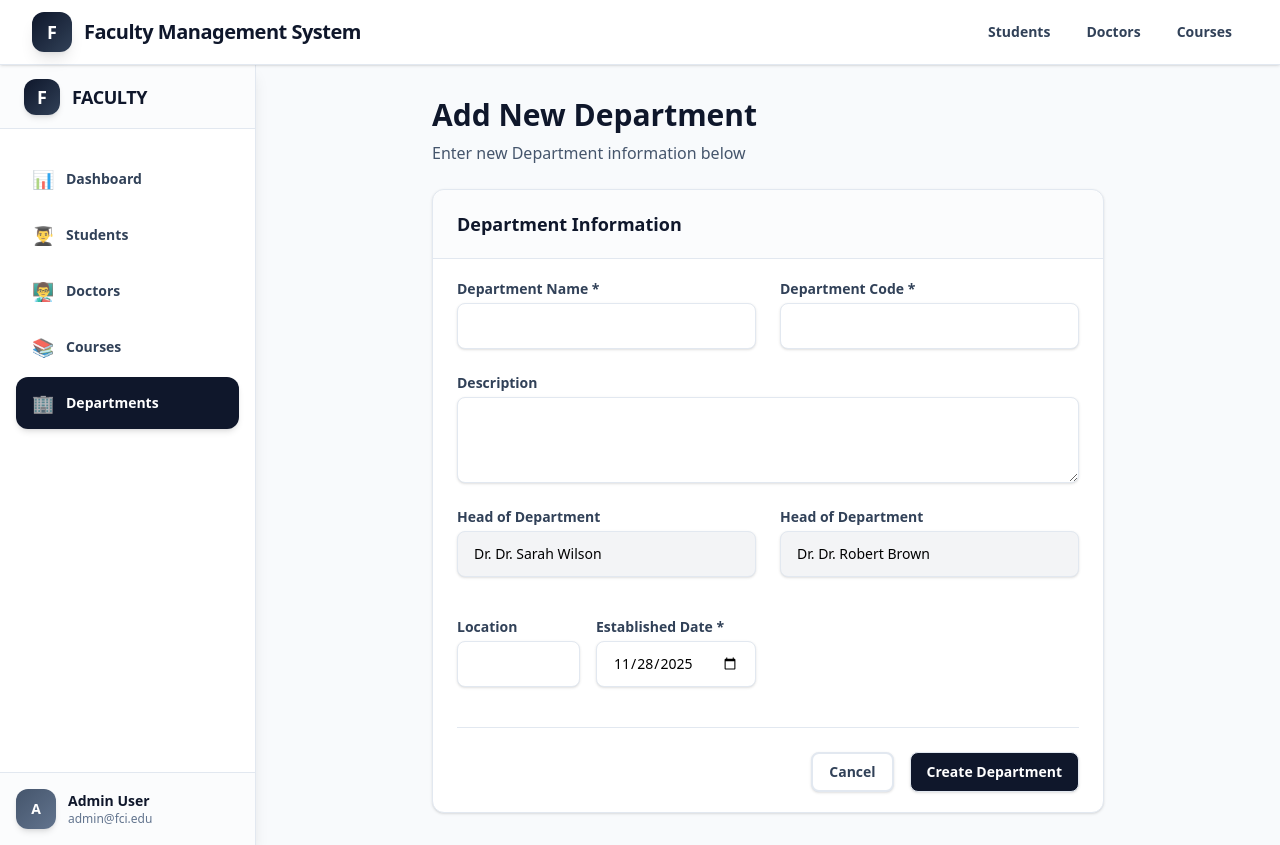
Repository: Mohamedmohsen179/Advanced-DB-Task
Page: /departments/new (app in frontend/)
These files come from the project's save history. The page is drawn as it stood at one moment and after the next save; the edit follows.
The browser window is 1280 px wide. The pictures show the whole page.
The page's requests for data from a server got no answer. The project was rebuilt for these pictures with package versions that can differ from the ones it lists, and the page was loaded fresh each time. The framework's server and built-in components were replaced by stand-ins that run in the browser. No one was signed in, and anything a server would have sent is missing. Also part of the build but not shown: frontend/next.config.ts.

Above is the page before, as saved 2025-11-29 01:32:29.

### frontend/app/layout.tsx
import type { Metadata } from "next";
import { Geist, Geist_Mono } from "next/font/google";
import "./globals.css";
import MainLayout from "../components/layout/MainLayout";

const geistSans = Geist({
  variable: "--font-geist-sans",
  subsets: ["latin"],
});

const geistMono = Geist_Mono({
  variable: "--font-geist-mono",
  subsets: ["latin"],
});

export const metadata: Metadata = {
  title: "University Management System",
  description: "A comprehensive university management system built with Next.js and TypeScript",
};

export default function RootLayout({
  children,
}: Readonly<{
  children: React.ReactNode;
}>) {
  return (
    <html lang="en">
      <body
        className={`${geistSans.variable} ${geistMono.variable} antialiased`}
      >
        <MainLayout>{children}</MainLayout>
      </body>
    </html>
  );
}

### frontend/app/departments/new/page.tsx
'use client';

import { useState, useEffect } from 'react';
import { useRouter } from 'next/navigation';
import { CreateDepartmentRequest } from '../../../types';
import { apiService } from '../../../services/api';
import { Card, CardContent, CardHeader } from '../../../components/ui/Card';
import Button from '../../../components/ui/Button';

export default function NewDepartmentPage() {
  const router = useRouter();
  const [loading, setLoading] = useState(false);
  const [error, setError] = useState<string | null>(null);
  const [doctors, setDoctors] = useState<{ id: string; firstName: string; lastName: string }[]>([]);

  const [formData, setFormData] = useState<CreateDepartmentRequest>({
    name: '',
    code: '',
    description: '',
    headOfDepartmentId: '',
    establishedDate: new Date().toISOString().split('T')[0],
    location: '',
    phoneNumber: '',
    email: '',
    website: '',
    budget: undefined,
  });

  useEffect(() => {
    loadDoctors();
  }, []);

  const loadDoctors = async () => {
    try {
      const response = await apiService.getDoctors();
      if (response.success) {
        setDoctors(response.data.map(d => ({ id: d.id, firstName: d.firstName, lastName: d.lastName })));
      }
    } catch (err) {
      console.error('Error loading doctors:', err);
    }
  };

  const handleInputChange = (e: React.ChangeEvent<HTMLInputElement | HTMLSelectElement | HTMLTextAreaElement>) => {
  };

  const handleSubmit = async (e: React.FormEvent) => {
    e.preventDefault();
    setLoading(true);
    setError(null);

    try {
      const response = await apiService.createDepartment(formData);

      if (response.success) {
        router.push('/departments');
      } else {
        setError('Failed to create the new Department');
      }
    } catch (err) {
      setError('An error occurred while creating the Department');
      console.error('Error creating Department:', err);
    } finally {
      setLoading(false);
    }
  };

  return (
    <div className="max-w-2xl mx-auto">
      <div className="mb-6">
        <h1 className="text-3xl font-bold text-slate-900">Add New Department</h1>
        <p className="mt-2 text-base text-slate-600">
          Enter new Department information below
        </p>
      </div>

      {error && (
        <div className="mb-6 bg-red-50 border border-red-200 rounded-md p-4">
          <div className="flex">
            <div className="flex-shrink-0">
              <svg className="h-5 w-5 text-red-400" viewBox="0 0 20 20" fill="currentColor">
                <path fillRule="evenodd" d="M10 18a8 8 0 100-16 8 8 0 000 16zM8.707 7.293a1 1 0 00-1.414 1.414L8.586 10l-1.293 1.293a1 1 0 101.414 1.414L10 11.414l1.293 1.293a1 1 0 001.414-1.414L11.414 10l1.293-1.293a1 1 0 00-1.414-1.414L10 8.586 8.707 7.293z" clipRule="evenodd" />
              </svg>
            </div>
            <div className="ml-3">
              <h3 className="text-sm font-medium text-red-800">Error</h3>
              <div className="mt-2 text-sm text-red-700">
                <p>{error}</p>
              </div>
            </div>
          </div>
        </div>
      )}

      <Card>
        <CardHeader>
          <h2 className="text-lg font-semibold text-slate-900">Department Information</h2>
        </CardHeader>
        <CardContent>
          <form onSubmit={handleSubmit} className="space-y-6">
            <div className="grid grid-cols-1 md:grid-cols-2 gap-6">
              <div>
                <label htmlFor="name" className="block text-sm font-semibold text-slate-700">
                  Department Name *
                </label>
                <input
                  type="text"
                  id="name"
                  name="name"
                  required
                  value={formData.name}
                  onChange={handleInputChange}
                  className="text-black mt-1 block w-full border border-slate-300 rounded-lg px-4 py-3 text-sm focus:outline-none focus:ring-2 focus:ring-slate-500 focus:border-slate-500 transition-all duration-200 bg-white shadow-sm"
                />
              </div>

              <div>
                <label htmlFor="code" className="block text-sm font-semibold text-slate-700">
                  Department Code *
                </label>
                <input
                  type="text"
                  id="code"
                  name="code"
                  required
                  value={formData.code}
                  onChange={handleInputChange}
                  className="text-black mt-1 block w-full border border-slate-300 rounded-lg px-4 py-3 text-sm focus:outline-none focus:ring-2 focus:ring-slate-500 focus:border-slate-500 transition-all duration-200 bg-white shadow-sm"
                />
              </div>

              <div className="md:col-span-2">
                <label htmlFor="description" className="block text-sm font-semibold text-slate-700">
                  Description
                </label>
                <textarea
                  id="description"
                  name="description"
                  rows={3}
                  value={formData.description}
                  onChange={handleInputChange}
                  className="text-black mt-1 block w-full border border-slate-300 rounded-lg px-4 py-3 text-sm focus:outline-none focus:ring-2 focus:ring-slate-500 focus:border-slate-500 transition-all duration-200 bg-white shadow-sm"
                />
              </div>

              {/* Head of Department - each doctor in a separate row */}
              {doctors.map((doctor) => (
                <div className="mb-4" key={doctor.id}>
                  <label className="block text-sm font-semibold text-slate-700">
                    Head of Department
                  </label>
                  <input
                    type="text"
                    readOnly
                    value={`Dr. ${doctor.firstName} ${doctor.lastName}`}
                    className="text-black mt-1 block w-full border border-slate-300 rounded-lg px-4 py-3 text-sm bg-gray-100 shadow-sm"
                  />
                </div>
              ))}

              {/* Location and Established Date on the same row */}
              <div className="flex gap-4 mb-4">
                <div className="flex-1">
                  <label htmlFor="location" className="block text-sm font-semibold text-slate-700">
                    Location
                  </label>
                  <input
                    type="text"
                    id="location"
                    name="location"
                    value={formData.location}
                    onChange={handleInputChange}
                    className="text-black mt-1 block w-full border border-slate-300 rounded-lg px-4 py-3 text-sm focus:outline-none focus:ring-2 focus:ring-slate-500 focus:border-slate-500 transition-all duration-200 bg-white shadow-sm"
                  />
                </div>

                <div className="flex-1">
                  <label htmlFor="establishedDate" className="block text-sm font-semibold text-slate-700">
                    Established Date *
                  </label>
                  <input
                    type="date"
                    id="establishedDate"
                    name="establishedDate"
                    required
                    value={formData.establishedDate}
                    onChange={handleInputChange}
                    className="text-black mt-1 block w-full border border-slate-300 rounded-lg px-4 py-3 text-sm focus:outline-none focus:ring-2 focus:ring-slate-500 focus:border-slate-500 transition-all duration-200 bg-white shadow-sm"
                  />
                </div>
              </div>

            </div>

            <div className="flex justify-end space-x-4 pt-6 border-t border-slate-200">
              <Button
                type="button"
                variant="outline"
                onClick={() => router.back()}
              >
                Cancel
              </Button>
              <Button
                type="submit"
                loading={loading}
              >
                Create Department
              </Button>
            </div>
          </form>
        </CardContent>
      </Card>
    </div>
  );
}

### frontend/app/globals.css
@import "tailwindcss";

:root {
  --background: #fafafa;
  --foreground: #0f172a;
  --primary: #2563eb;
  --primary-foreground: #ffffff;
  --secondary: #f1f5f9;
  --secondary-foreground: #334155;
  --muted: #f8fafc;
  --muted-foreground: #64748b;
  --accent: #f1f5f9;
  --accent-foreground: #0f172a;
  --border: #e2e8f0;
  --input: #ffffff;
  --ring: #2563eb;
  --radius: 0.5rem;
}

@theme inline {
  --color-background: var(--background);
  --color-foreground: var(--foreground);
  --font-sans: var(--font-geist-sans);
  --font-mono: var(--font-geist-mono);
}

@media (prefers-color-scheme: dark) {
  :root {
    --background: #020617;
    --foreground: #f8fafc;
    --primary: #3b82f6;
    --primary-foreground: #f8fafc;
    --secondary: #1e293b;
    --secondary-foreground: #f8fafc;
    --muted: #1e293b;
    --muted-foreground: #94a3b8;
    --accent: #1e293b;
    --accent-foreground: #f8fafc;
    --border: #334155;
    --input: #1e293b;
    --ring: #3b82f6;
  }
}

* {
  border-color: var(--border);
}

body {
  background: var(--background);
  color: var(--foreground);
  font-family: var(--font-sans), system-ui, -apple-system, sans-serif;
  line-height: 1.6;
  -webkit-font-smoothing: antialiased;
  -moz-osx-font-smoothing: grayscale;
}

::-webkit-scrollbar {
  width: 8px;
  height: 8px;
}

::-webkit-scrollbar-track {
  background: var(--muted);
}

::-webkit-scrollbar-thumb {
  background: var(--muted-foreground);
  border-radius: 4px;
}

::-webkit-scrollbar-thumb:hover {
  background: var(--foreground);
}

/* Focus styles */
.focus-visible {
  outline: 2px solid var(--ring);
  outline-offset: 2px;
}

/* Professional shadows */
.shadow-professional {
  box-shadow: 0 1px 3px 0 rgb(0 0 0 / 0.1), 0 1px 2px -1px rgb(0 0 0 / 0.1);
}

.shadow-professional-lg {
  box-shadow: 0 10px 15px -3px rgb(0 0 0 / 0.1), 0 4px 6px -4px rgb(0 0 0 / 0.1);
}

### frontend/components/layout/MainLayout.tsx
'use client';

import { useState } from 'react';
import Navbar from './Navbar';
import Sidebar from './Sidebar';

interface MainLayoutProps {
  children: React.ReactNode;
}

export default function MainLayout({ children }: MainLayoutProps) {
  const [sidebarOpen, setSidebarOpen] = useState(false);

  return (
    <div className="min-h-screen bg-slate-50">
      <Navbar />

      <div className="flex">
        <Sidebar
          isOpen={sidebarOpen}
          onClose={() => setSidebarOpen(false)}
        />

        <div className="flex-1 lg:ml-0">
          <div className="lg:hidden">
            <button
              onClick={() => setSidebarOpen(true)}
              className="fixed top-20 left-4 z-10 bg-white p-3 rounded-xl shadow-professional border border-slate-200 hover:shadow-professional-lg transition-all duration-200"
            >
              <svg className="w-5 h-5 text-slate-600" fill="none" stroke="currentColor" viewBox="0 0 24 24">
                <path strokeLinecap="round" strokeLinejoin="round" strokeWidth={2} d="M4 6h16M4 12h16M4 18h16" />
              </svg>
            </button>
          </div>

          <main className="p-6 lg:p-8">
            <div className="max-w-7xl mx-auto">
              {children}
            </div>
          </main>
        </div>
      </div>
    </div>
  );
}

### frontend/components/ui/Card.tsx
import { HTMLAttributes, forwardRef } from 'react';

interface CardProps extends HTMLAttributes<HTMLDivElement> {
  children: React.ReactNode;
}

const Card = forwardRef<HTMLDivElement, CardProps>(
  ({ className = '', children, ...props }, ref) => {
    return (
      <div
        ref={ref}
        className={`bg-white rounded-xl border border-slate-200 shadow-professional hover:shadow-professional-lg transition-shadow duration-200 ${className}`}
        {...props}
      >
        {children}
      </div>
    );
  }
);

Card.displayName = 'Card';

interface CardHeaderProps extends HTMLAttributes<HTMLDivElement> {
  children: React.ReactNode;
}

const CardHeader = forwardRef<HTMLDivElement, CardHeaderProps>(
  ({ className = '', children, ...props }, ref) => {
    return (
      <div
        ref={ref}
        className={`px-6 py-5 border-b border-slate-200 bg-slate-50/50 rounded-t-xl ${className}`}
        {...props}
      >
        {children}
      </div>
    );
  }
);

CardHeader.displayName = 'CardHeader';

interface CardContentProps extends HTMLAttributes<HTMLDivElement> {
  children: React.ReactNode;
}

const CardContent = forwardRef<HTMLDivElement, CardContentProps>(
  ({ className = '', children, ...props }, ref) => {
    return (
      <div
        ref={ref}
        className={`px-6 py-5 ${className}`}
        {...props}
      >
        {children}
      </div>
    );
  }
);

CardContent.displayName = 'CardContent';

interface CardFooterProps extends HTMLAttributes<HTMLDivElement> {
  children: React.ReactNode;
}

const CardFooter = forwardRef<HTMLDivElement, CardFooterProps>(
  ({ className = '', children, ...props }, ref) => {
    return (
      <div
        ref={ref}
        className={`px-6 py-5 border-t border-slate-200 bg-slate-50 rounded-b-xl ${className}`}
        {...props}
      >
        {children}
      </div>
    );
  }
);

CardFooter.displayName = 'CardFooter';

export { Card, CardHeader, CardContent, CardFooter };

### frontend/components/ui/Button.tsx
import { ButtonHTMLAttributes, forwardRef } from 'react';

interface ButtonProps extends ButtonHTMLAttributes<HTMLButtonElement> {
  variant?: 'primary' | 'secondary' | 'danger' | 'outline';
  size?: 'sm' | 'md' | 'lg';
  loading?: boolean;
}

const Button = forwardRef<HTMLButtonElement, ButtonProps>(
  ({ className = '', variant = 'primary', size = 'md', loading = false, children, disabled, ...props }, ref) => {
    const baseClasses = 'inline-flex items-center justify-center font-semibold rounded-lg transition-all duration-200 focus:outline-none focus:ring-2 focus:ring-offset-2 disabled:opacity-50 disabled:cursor-not-allowed shadow-sm hover:shadow-md active:scale-[0.98]';

    const variantClasses = {
      primary: 'bg-slate-900 text-white hover:bg-slate-800 focus:ring-slate-500 border border-slate-900',
      secondary: 'bg-slate-100 text-slate-900 hover:bg-slate-200 focus:ring-slate-500 border border-slate-200',
      danger: 'bg-red-600 text-white hover:bg-red-700 focus:ring-red-500 border border-red-600',
      outline: 'border-2 border-slate-300 text-slate-700 bg-white hover:bg-slate-50 hover:border-slate-400 focus:ring-slate-500',
    };

    const sizeClasses = {
      sm: 'px-3 py-2 text-sm h-9',
      md: 'px-4 py-2.5 text-sm h-10',
      lg: 'px-6 py-3 text-base h-12',
    };

    return (
      <button
        ref={ref}
        className={`${baseClasses} ${variantClasses[variant]} ${sizeClasses[size]} ${className}`}
        disabled={disabled || loading}
        {...props}
      >
        {loading && (
          <svg className="animate-spin -ml-1 mr-2 h-4 w-4" fill="none" viewBox="0 0 24 24">
            <circle className="opacity-25" cx="12" cy="12" r="10" stroke="currentColor" strokeWidth="4" />
            <path className="opacity-75" fill="currentColor" d="M4 12a8 8 0 018-8V0C5.373 0 0 5.373 0 12h4zm2 5.291A7.962 7.962 0 014 12H0c0 3.042 1.135 5.824 3 7.938l3-2.647z" />
          </svg>
        )}
        {children}
      </button>
    );
  }
);

Button.displayName = 'Button';

export default Button;

Loaded but not shown: frontend/services/api.ts (635 lines, source omitted); frontend/components/layout/Sidebar.tsx (152 lines, source omitted); frontend/components/layout/Navbar.tsx (95 lines, source omitted)

After the next save:
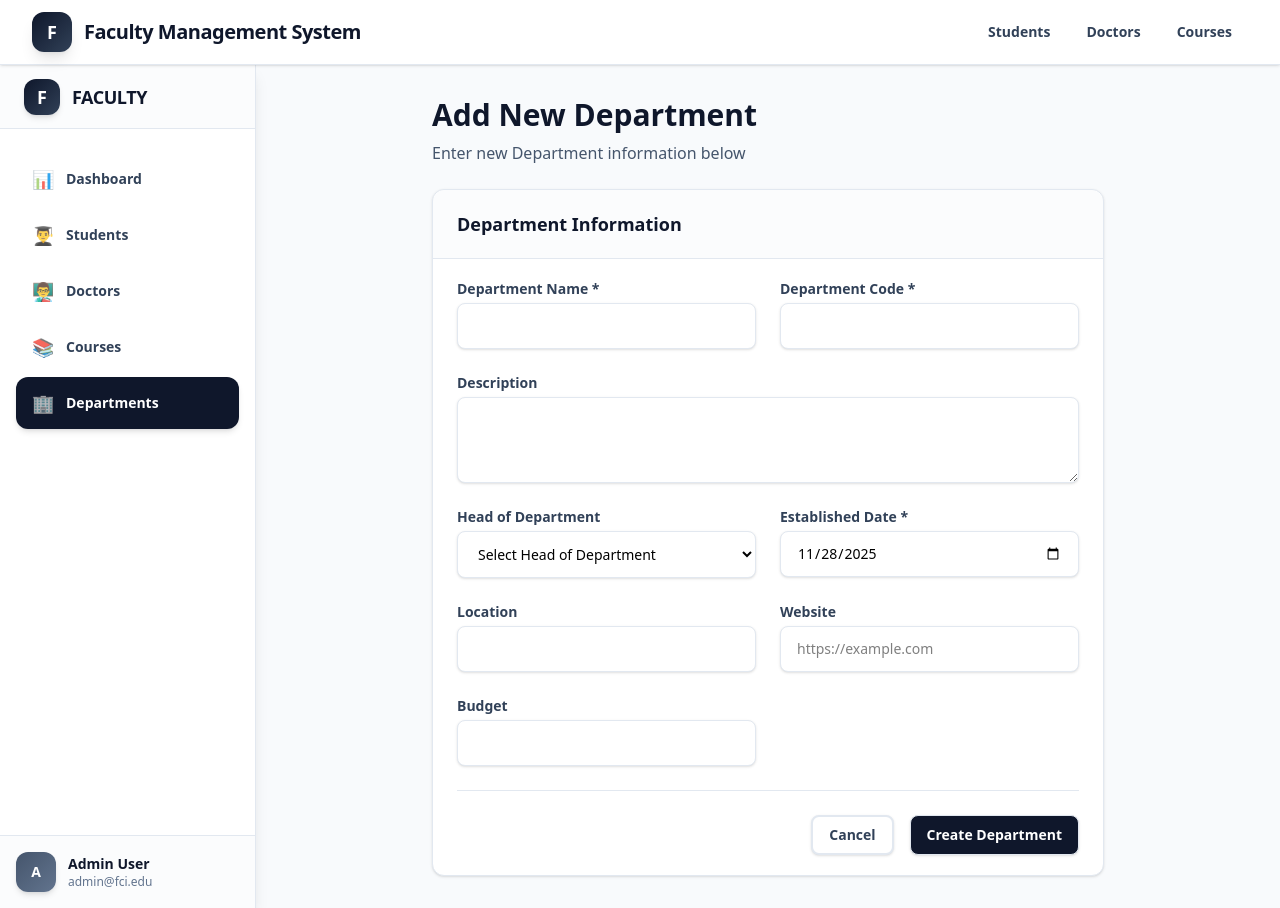
Saved 15 s later.
--- a/frontend/app/departments/new/page.tsx
+++ b/frontend/app/departments/new/page.tsx
@@ -143,53 +143,85 @@ export default function NewDepartmentPage() {
                 />
               </div>
 
-              {/* Head of Department - each doctor in a separate row */}
-              {doctors.map((doctor) => (
-                <div className="mb-4" key={doctor.id}>
-                  <label className="block text-sm font-semibold text-slate-700">
-                    Head of Department
-                  </label>
-                  <input
-                    type="text"
-                    readOnly
-                    value={`Dr. ${doctor.firstName} ${doctor.lastName}`}
-                    className="text-black mt-1 block w-full border border-slate-300 rounded-lg px-4 py-3 text-sm bg-gray-100 shadow-sm"
-                  />
-                </div>
-              ))}
-
-              {/* Location and Established Date on the same row */}
-              <div className="flex gap-4 mb-4">
-                <div className="flex-1">
-                  <label htmlFor="location" className="block text-sm font-semibold text-slate-700">
-                    Location
-                  </label>
-                  <input
-                    type="text"
-                    id="location"
-                    name="location"
-                    value={formData.location}
-                    onChange={handleInputChange}
-                    className="text-black mt-1 block w-full border border-slate-300 rounded-lg px-4 py-3 text-sm focus:outline-none focus:ring-2 focus:ring-slate-500 focus:border-slate-500 transition-all duration-200 bg-white shadow-sm"
-                  />
-                </div>
-
-                <div className="flex-1">
-                  <label htmlFor="establishedDate" className="block text-sm font-semibold text-slate-700">
-                    Established Date *
-                  </label>
-                  <input
-                    type="date"
-                    id="establishedDate"
-                    name="establishedDate"
-                    required
-                    value={formData.establishedDate}
-                    onChange={handleInputChange}
-                    className="text-black mt-1 block w-full border border-slate-300 rounded-lg px-4 py-3 text-sm focus:outline-none focus:ring-2 focus:ring-slate-500 focus:border-slate-500 transition-all duration-200 bg-white shadow-sm"
-                  />
-                </div>
-              </div>
-
+              <div>
+                <label htmlFor="headOfDepartmentId" className="block text-sm font-semibold text-slate-700">
+                  Head of Department
+                </label>
+                <select
+                  id="headOfDepartmentId"
+                  name="headOfDepartmentId"
+                  value={formData.headOfDepartmentId || ''}
+                  onChange={handleInputChange}
+                  className="text-black mt-1 block w-full border border-slate-300 rounded-lg px-4 py-3 text-sm focus:outline-none focus:ring-2 focus:ring-slate-500 focus:border-slate-500 transition-all duration-200 bg-white shadow-sm"
+                >
+                  <option value="">Select Head of Department</option>
+                  {doctors.map(doctor => (
+                    <option key={doctor.id} value={doctor.id}>
+                      Dr. {doctor.firstName} {doctor.lastName}
+                    </option>
+                  ))}
+                </select>
+              </div>
+
+              <div>
+                <label htmlFor="establishedDate" className="block text-sm font-semibold text-slate-700">
+                  Established Date *
+                </label>
+                <input
+                  type="date"
+                  id="establishedDate"
+                  name="establishedDate"
+                  required
+                  value={formData.establishedDate}
+                  onChange={handleInputChange}
+                  className="text-black mt-1 block w-full border border-slate-300 rounded-lg px-4 py-3 text-sm focus:outline-none focus:ring-2 focus:ring-slate-500 focus:border-slate-500 transition-all duration-200 bg-white shadow-sm"
+                />
+              </div>
+
+              <div>
+                <label htmlFor="location" className="block text-sm font-semibold text-slate-700">
+                  Location
+                </label>
+                <input
+                  type="text"
+                  id="location"
+                  name="location"
+                  value={formData.location}
+                  onChange={handleInputChange}
+                  className="text-black mt-1 block w-full border border-slate-300 rounded-lg px-4 py-3 text-sm focus:outline-none focus:ring-2 focus:ring-slate-500 focus:border-slate-500 transition-all duration-200 bg-white shadow-sm"
+                />
+              </div>
+
+              <div>
+                <label htmlFor="website" className="block text-sm font-semibold text-slate-700">
+                  Website
+                </label>
+                <input
+                  type="url"
+                  id="website"
+                  name="website"
+                  value={formData.website}
+                  onChange={handleInputChange}
+                  placeholder="https://example.com"
+                  className="text-black mt-1 block w-full border border-slate-300 rounded-lg px-4 py-3 text-sm focus:outline-none focus:ring-2 focus:ring-slate-500 focus:border-slate-500 transition-all duration-200 bg-white shadow-sm"
+                />
+              </div>
+
+              <div>
+                <label htmlFor="budget" className="block text-sm font-semibold text-slate-700">
+                  Budget
+                </label>
+                <input
+                  type="number"
+                  id="budget"
+                  name="budget"
+                  min="0"
+                  step="0.01"
+                  value={formData.budget || ''}
+                  onChange={handleInputChange}
+                  className="text-black mt-1 block w-full border border-slate-300 rounded-lg px-4 py-3 text-sm focus:outline-none focus:ring-2 focus:ring-slate-500 focus:border-slate-500 transition-all duration-200 bg-white shadow-sm"
+                />
+              </div>
             </div>
 
             <div className="flex justify-end space-x-4 pt-6 border-t border-slate-200">
